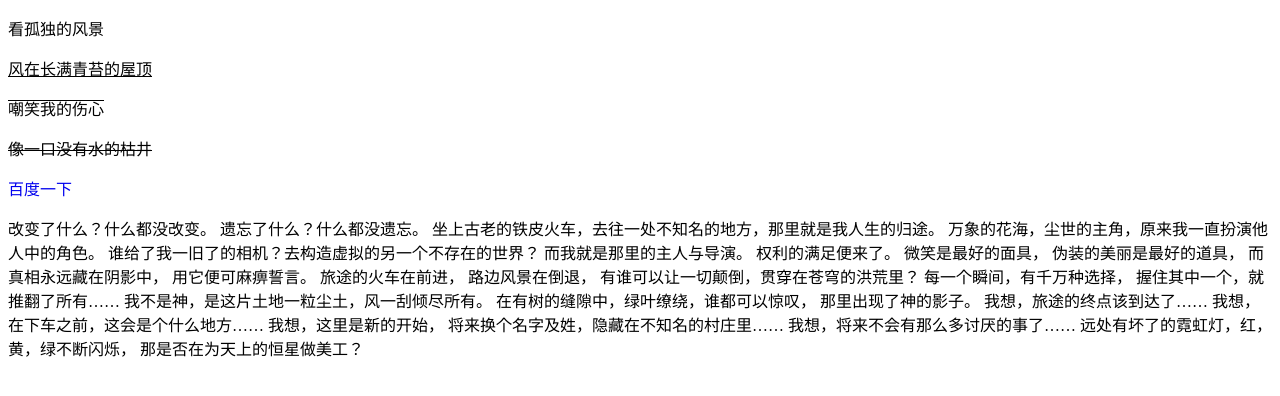
Repository: TheBestBadGuy0228/code
Page: 文本修饰属性.html
An editor plug-in stored every save of this project. The page is shown before and after the next save, followed by the edit.
The browser window is 1280 px wide. The pictures show the whole page.

Above is the page before, as saved 2021-10-09 16:09:30.

After the next save:
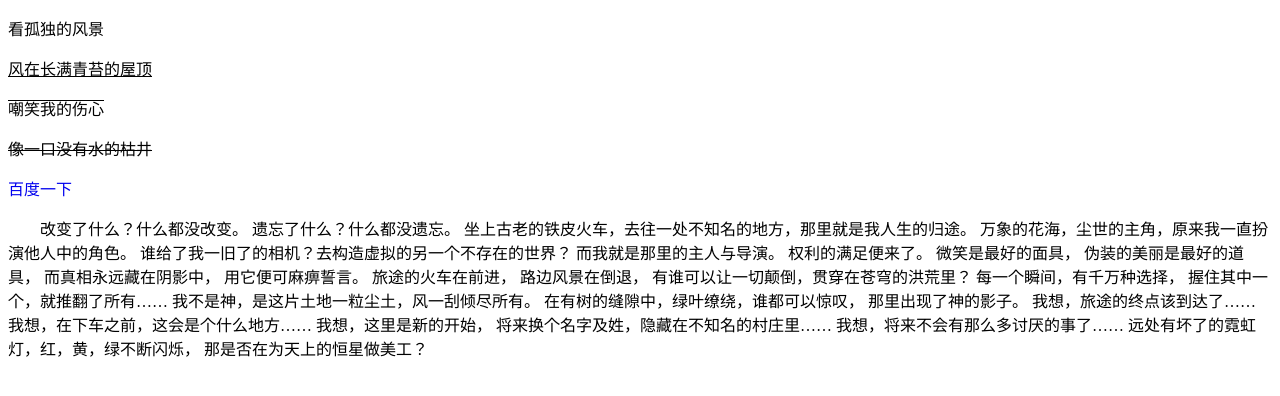
Saved 30 s later.
--- a/文本修饰属性.html
+++ b/文本修饰属性.html
@@ -62,7 +62,7 @@ p{
 text-indent: 2em;
 }
 em是一个相对单位，就是当前元素（font-size）1个文字的大小如果当前元素没有设置大小，则会按照父元素的1个文字大小。 -->
-<p>改变了什么？什么都没改变。
+<p class="indent">改变了什么？什么都没改变。
 
     遗忘了什么？什么都没遗忘。
 
